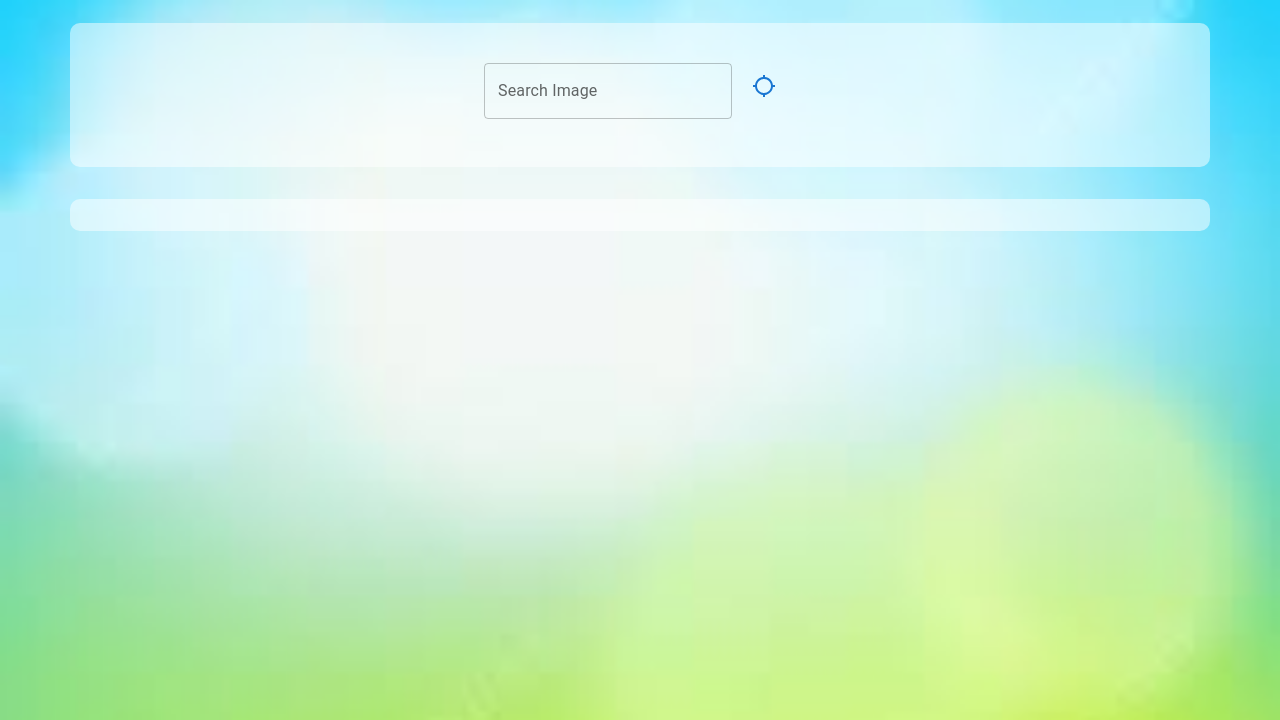
Repository: mohit78911/Snapshot
Page: /
The author's editor kept a copy of each file at every save. The page is drawn from the files as they stood at one save, then again after the next save.
The browser window is 1280 px wide. The pictures show the whole page.
The project was rebuilt for these pictures with package versions that can differ from the ones it lists, and the page was loaded fresh each time. Also part of the build but not shown: src/snapshot/SnapshotCss.css, src/snapshot/SearchBox.css.

Above is the page before, as saved 2023-09-01 12:31:41.

### public/index.html
<!DOCTYPE html>
<html lang="en">
  <head>
    <meta charset="utf-8" />
    <link rel="icon" href="%PUBLIC_URL%/favicon.ico" />
    <link href="https://cdn.jsdelivr.net/npm/bootstrap@5.3.1/dist/css/bootstrap.min.css" rel="stylesheet" integrity="sha384-4bw+/aepP/YC94hEpVNVgiZdgIC5+VKNBQNGCHeKRQN+PtmoHDEXuppvnDJzQIu9" crossorigin="anonymous">
    <meta name="viewport" content="width=device-width, initial-scale=1" />
    <meta name="theme-color" content="#000000" />
    <meta
      name="description"
      content="Web site created using create-react-app"
    />
    <link rel="apple-touch-icon" href="%PUBLIC_URL%/logo192.png" />

    <link rel="manifest" href="%PUBLIC_URL%/manifest.json" />

    <title>React App</title>
  </head>
  <body style="text-align: center;">
    <noscript>You need to enable JavaScript to run this app.</noscript>
    <div id="root"></div>
    <script src="https://cdn.jsdelivr.net/npm/bootstrap@5.3.1/dist/js/bootstrap.bundle.min.js" integrity="sha384-HwwvtgBNo3bZJJLYd8oVXjrBZt8cqVSpeBNS5n7C8IVInixGAoxmnlMuBnhbgrkm" crossorigin="anonymous"></script>
  </body>
</html>

### src/App.js
import { Box } from "@mui/material";
import React from "react";
import SnapShot from "./snapshot/SnapShot";
console.log("hey i am snapshot Component")
export default function App() {
  return (
    <Box>
      <SnapShot />
    </Box>
  );
}

### src/snapshot/SnapShot.js
import React, { useEffect, useState } from "react";
import axios from "axios";
import "../App.css";

import SnapshotTable from "./SnapshotTable";
import SearchBox from "./SearchBox";
import { ToastContainer,toast } from "react-toastify";

export default function SnapShot() {
  const [image, setImage] = useState("");
  const [data, setData] = useState([]);
  const getData = (e) => {
    e.preventDefault();
    let trimedImage = image.trim().trimStart().trimEnd()
    if (trimedImage == "") {
      toast.error("IMAGE FIELD IS EMPTY");
    } else {
      axios
        .get(
          `https://api.unsplash.com/search/collections?page=1&query=${image}&client_id=-DzO7DyFZFBUXuUjR2Tb8dbbi8Qcg40oNw2kVfqoREI`
        )
        .then((result) => {
          setData(result.data.results[0].preview_photos);
          // console.log(result.data.results[0].preview_photos);
        })
        .catch((error) => console.log(error));
    }
  };

  // useEffect(() => {
  //   getData();
  // }, []);

  console.log(data);
  return (
    <div className="container">
      <div className="row">
        <div className="col-4 firstColoum">
          <SearchBox setImage={setImage} image={image} getData={getData} />
        </div>
        <div className="col secondColoum">
          <SnapshotTable data={data} />
        </div>
      </div>
      <ToastContainer/>
    </div>
  );
}

### src/App.css
.App {
  text-align: center;
}

.App-logo {
  height: 40vmin;
  pointer-events: none;
}

@media (prefers-reduced-motion: no-preference) {
  .App-logo {
    animation: App-logo-spin infinite 20s linear;
  }
}

.App-header {
  background-color: #282c34;
  min-height: 100vh;
  display: flex;
  flex-direction: column;
  align-items: center;
  justify-content: center;
  font-size: calc(10px + 2vmin);
  color: white;
}

.App-link {
  color: #61dafb;
}

@keyframes App-logo-spin {
  from {
    transform: rotate(0deg);
  }

  to {
    transform: rotate(360deg);
  }
}

.firstColoum {
  width: 100%;
  padding-top: 2rem;
  margin-top: 2%;
  border-radius: 10px;
  height: 9rem;
  background: rgb(255, 255, 255, 0.5);

}

.secondColoum {
  width: 100%;
  margin-top: 2rem;
  padding-bottom: 2rem;
  border-radius: 10px;
  background: rgb(255, 255, 255, 0.5);
}


body {
  background-image: url('data:[embedded picture, 2875 characters]');
  background-repeat: no-repeat;
  background-position: 100%;
  background-size: cover;
  background-attachment: fixed;

}

### src/snapshot/SnapshotTable.js
import React from "react";
import "./SnapshotCss.css";

function SnapshotTable({ data }) {
  return (
    <div>
      <div>
        {data.map((value, i) => {
          return (
            <tr key={i} className="imgdisplay">
              <td>
                <div className="card overflow" style={{ width: "18rem" }}>
                  <img className="card-img-top " src={value.urls.regular} />
                </div>
              </td>
            </tr>
          );
        })}
      </div>
    </div>
  );
}

export default SnapshotTable;

### src/snapshot/SearchBox.js
import React from "react";
import { Button, TextField } from "@mui/material";
import "./SearchBox.css";
import LocationSearchingIcon from "@mui/icons-material/LocationSearching";

function SearchBox({ getData, setImage, image }) {
  return (
    <div>
      <div>
        <form onSubmit={getData} className="mt-2">
          <TextField
            sx={{width:"auto"}}
            value={image}
            onChange={(e) => setImage(e.target.value)}
            label="Search Image"
          />
          <Button type="submit" sx={{ marginTop: "5px" }}>
            <LocationSearchingIcon />
          </Button>
        </form>
      </div>
    </div>
  );
}

export default SearchBox;

Loaded but not shown: src/index.js (common file); src/index.css (common file); src/reportWebVitals.js (common file)

After the next save:
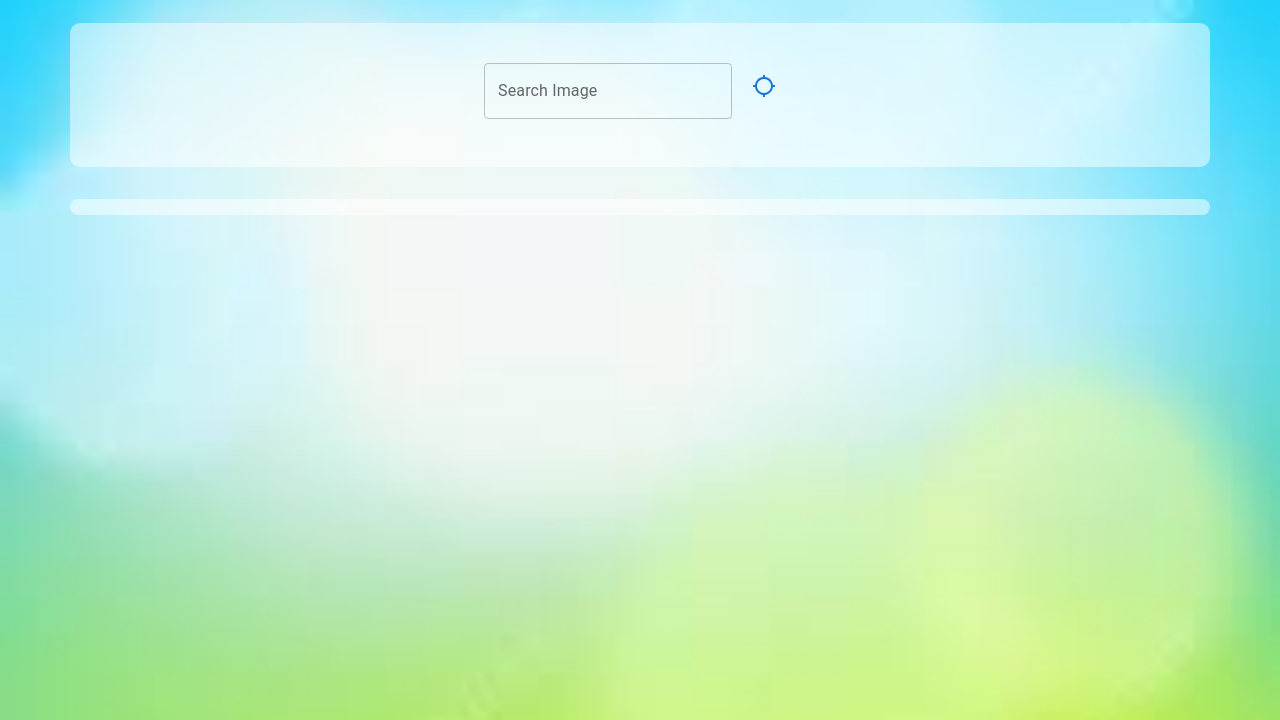
Saved 10 s later.
--- a/src/App.css
+++ b/src/App.css
@@ -51,7 +51,7 @@
 .secondColoum {
   width: 100%;
   margin-top: 2rem;
-  padding-bottom: 2rem;
+  padding-bottom: 1rem;
   border-radius: 10px;
   background: rgb(255, 255, 255, 0.5);
 }
